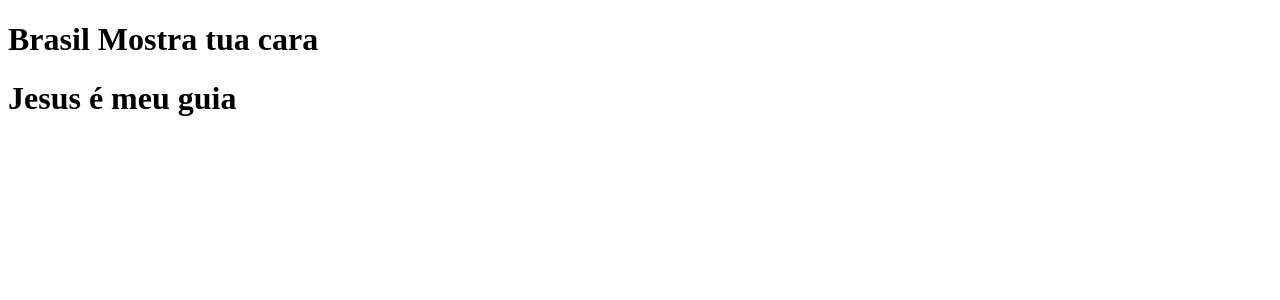
Repository: lcluizrj/meu-projeto-vscode
Page: / (app in cadastro-usuarios-devclub/)
These files come from the project's save history. The page is drawn as it stood at one moment and after a run of saves; the edit follows.
The browser window is 1280 px wide. The pictures show the whole page.
The project was rebuilt for these pictures with package versions that can differ from the ones it lists, and the page was loaded fresh each time. Also part of the build but not shown: cadastro-usuarios-devclub/vite.config.js.

Above is the page before, as saved 2026-08-11 18:07:12.

After the next 3 saves:
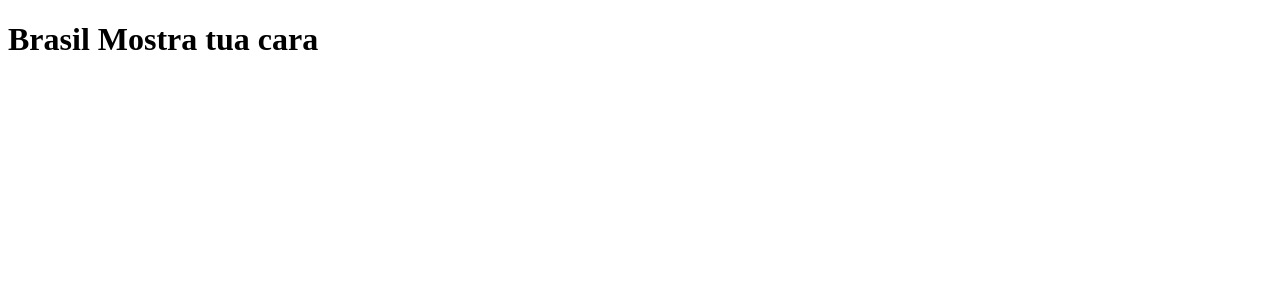
The 3 saves are shown as one change because they came seconds apart.
The last was saved 8 s later.
--- a/cadastro-usuarios-devclub/src/App.jsx
+++ b/cadastro-usuarios-devclub/src/App.jsx
@@ -1,9 +1,9 @@
 function App () {
-const mytext = "Jesus é meu guia"
+
 return (
   <div>
     <h1>Brasil Mostra tua cara</h1>
-    <h1>{mytext}</h1>
+    <h1> </h1>
   </div>
 )
 
